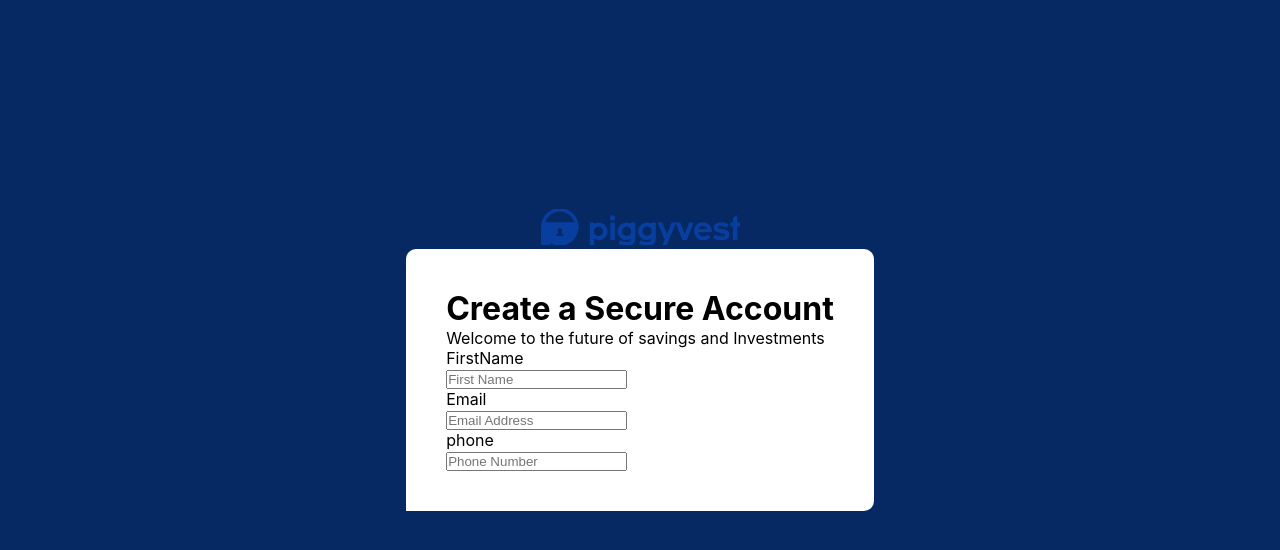
Repository: hisreal123/PiggyVest-login-Clone
Page: /RegisterPage
These files come from the project's save history. The page is drawn as it stood at one moment and after the next save; the edit follows.
The browser window is 1280 px wide. The pictures show the whole page.
The project was rebuilt for these pictures with package versions that can differ from the ones it lists, and the page was loaded fresh each time. The framework's server and built-in components were replaced by stand-ins that run in the browser. Also part of the build but not shown: next.config.js.

Above is the page before, as saved 2022-07-29 22:16:53.

### pages/_app.tsx
import '../styles/globals.scss'
import type { AppProps } from 'next/app'

import '../styles/All.scss'

function MyApp({ Component, pageProps }: AppProps) {
  return <Component {...pageProps} />
}

export default MyApp

### pages/RegisterPage.tsx
import Image from "next/image";
import Link from "next/link";
import React from "react";
import { Logo } from "../Components/logo";
import { RegisterForm } from "../Components/RegisterForm";
import logo from "../public/Assets/piggyvest.svg";

export default function RegisterPage() {
  return (
    <div className="Register ">
      <Logo src={logo} />

      <div className="wrapper ">
        <RegisterForm />
      </div>
    </div>
  );
}

### styles/globals.scss
* {
  box-sizing: border-box;
  padding: 0;
  margin: 0;
}

html,
body {
  padding: 0;
  margin: 0;
  font-family: -apple-system, BlinkMacSystemFont, Segoe UI, Roboto, Oxygen,
    Ubuntu, Cantarell, Fira Sans, Droid Sans, Helvetica Neue, sans-serif;
}

a {
  text-decoration: none;
}

.container {
  padding: 0 2rem;
}
.title a:hover,
.title a:focus,
.title a:active {
  text-decoration: underline;
}

### styles/All.scss
// Register Page Design

.Register {
  background-color: #062863;
  height: 100vh;
  display: flex;
  flex-direction: column;
  justify-content: center;
  align-items: center;

  .RegisterForm {
    background-color: rgb(255, 255, 255);
    width: fit-content;
    padding: 40px 40px;
    border-radius: 10px 10px 10px 0;
    shadow: 0 0 2px lightgrey;
  }
}

### Components/logo.tsx
import Image from "next/image";
import Link from "next/link";
import React from "react";

interface imageProps {
  src: string;
}

export const Logo: React.FC<imageProps> = ({ src }) => {
  return (
    <div className="logoWrap">
      <Link href="#" className="logo">
        <Image
          alt=" logo "
          src={src}
          height="36"
          width="199"
          objectFit="cover"
        />
      </Link>
    </div>
  );
};

### Components/RegisterForm.tsx
import React, { useState } from "react";
import { AllInput } from "./AllInput";
import { InputProps as FormProps } from "./AllProps";

// interface RegisterFormProps {}
export const RegisterForm: React.FC = () => {
  return (
    <div className="RegisterForm">
      <div className="formHead">
        <h1> Create a Secure Account</h1>
        <p className="desc">
          Welcome to the future of savings and Investments
        </p>
      </div>
      <div className="inputSection">
        <AllInput
          type="text"
          name="FirstName"
          placeholder="First Name "
          label="Full Name"
          value=" value"
        />

        <AllInput
          type="email"
          name="Email "
          placeholder="Email Address"
          label="Email Address"
          value=" value"
        />

        <AllInput
          type="text"
          name="phone"
          placeholder="Phone Number "
          label="Phone Number"
          value=" value"
        />
      </div>
    </div>
  );
};

### Components/AllInput.tsx
import React, { useState } from "react";
import { InputProps } from "./AllProps";

export const AllInput: React.FC<InputProps> = ({
  name,
  type,
  placeholder,
  value,
  label,
}) => {
  const [input, setInput] = useState({});

  const handleChange = (e: React.ChangeEvent<HTMLInputElement>) => {
    setInput({ ...input, [e.target.name]: e.target.value });
    console.log(e.target.name);
  };


  return (
    <div>
      <label htmlFor="FullName"> {name}</label>
      <br></br>
      <input
        type={type}
        name={name}
        placeholder={placeholder}
        onChange={handleChange}
      />
    </div>
  );
};

After the next save:
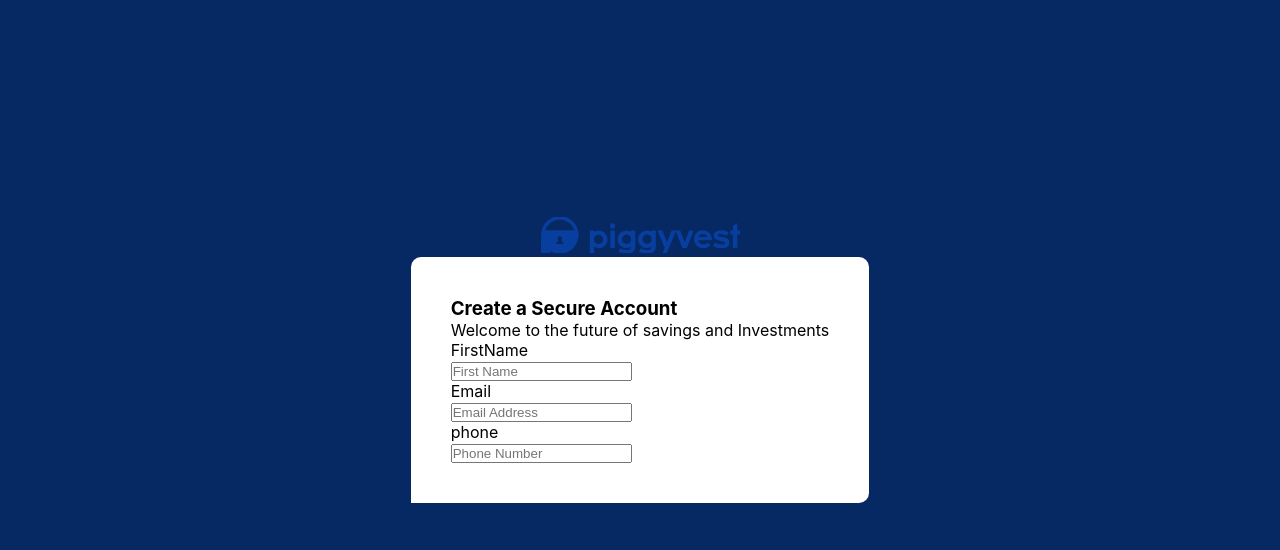
Saved 35 s later.
--- a/Components/RegisterForm.tsx
+++ b/Components/RegisterForm.tsx
@@ -7,7 +7,7 @@
   return (
     <div className="RegisterForm">
       <div className="formHead">
-        <h1> Create a Secure Account</h1>
+        <h3> Create a Secure Account</h3>
         <p className="desc">
           Welcome to the future of savings and Investments
         </p>
